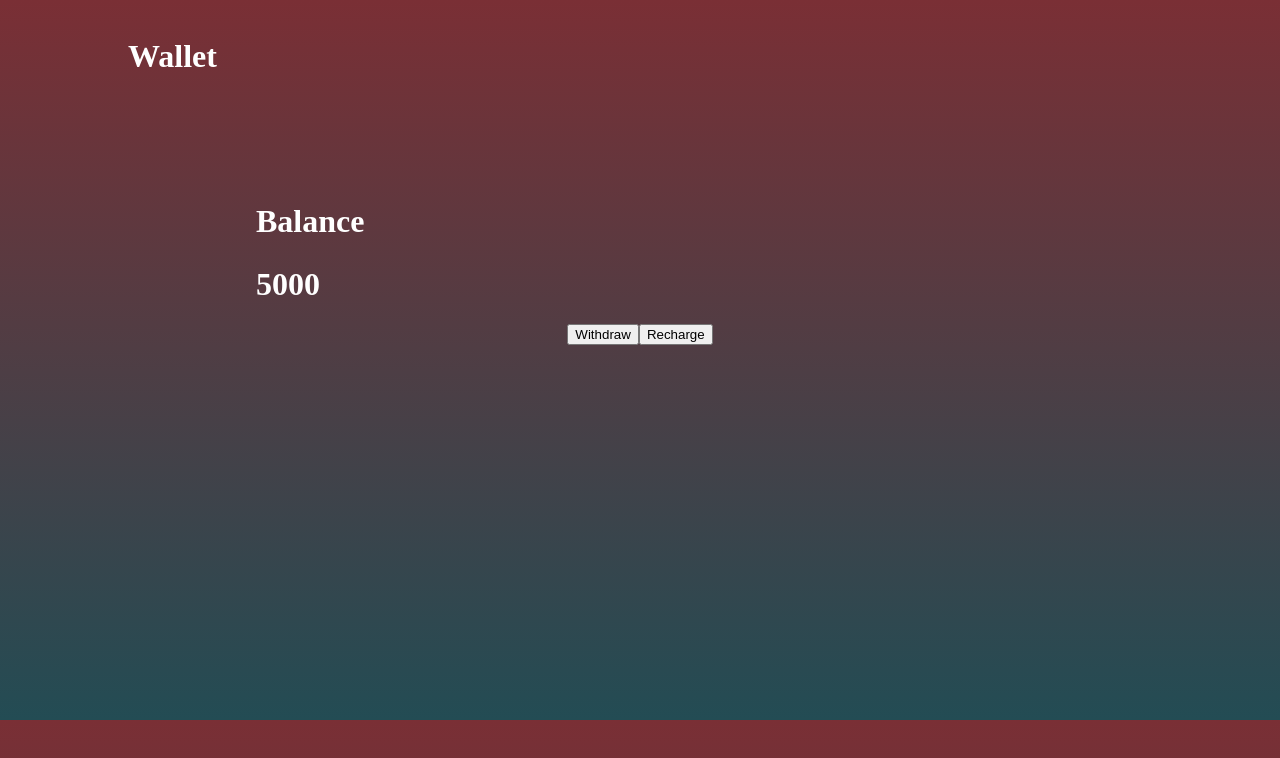
Repository: jagan607/N-Kalari
Page: /
The author's editor kept a copy of each file at every save. The page is drawn from the files as they stood at one save, then again after the next save.
The browser window is 1280 px wide. The pictures show the whole page.
The project was rebuilt for these pictures with package versions that can differ from the ones it lists, and the page was loaded fresh each time. Also part of the build but not shown: src/App.css, src/helpers/firebase.js, src/components/Login/Login.js.

Above is the page before, as saved 2022-01-07 17:20:42.

### src/index.css
body,
html,
.App,
#root,
.main {
  width: 100%;
  height:100%;
  scroll-behavior: smooth;

}
body{
    margin: 0;
    padding: 0;
    text-align: center;
    background-image: linear-gradient(#7A2F35, #234C54);
  }

### src/App.js
import logo from './logo.svg';
import './App.css';
import React, { Component } from "react"
import Login from './components/Login/Login'
import Wallet from './components/wallet/Wallet'
import {history} from './helpers/history'
import {Router, Route, Routes } from "react-router-dom";


class App extends Component {
  constructor(props) {
    super(props);
  }

  render() {
    return(
      <div>
        {/* <Login></Login> */}

        <Wallet></Wallet>

          {/* <Route exact path="/">
          </Route> */}
          {/* <Route exact path="/wallet">
            <Wallet/>
          </Route> */}
     </div>
    );
}
}

export default App;

### src/components/wallet/Wallet.js
import React, { Component } from "react"
import styles from './index.css';

class Wallet extends Component{
    constructor(props){
        super(props);


    }

    render(){
        return(
            <div>
            <div className="balance">
            <h1 className="heading">Wallet</h1>
            <h1 className="balance-heading">Balance </h1>
            <h1 className="balance-value">5000</h1>
            </div>
            <div className="buttons">
                <button>Withdraw</button>
                <button>Recharge</button>

            </div>
            </div>

        )
    }
}
export default Wallet;

### src/components/wallet/index.css
.heading{
    color: white;
    text-align: left;
    margin-left: 10%;
    margin-top: 3%;
}

.balance-heading{
    color :white;
    text-align: left;
    margin-left: 20%;
    margin-top: 10%;
}

.balance-value{
    color :white;
    text-align: left;
    margin-left: 20%;
    margin-top: 2%;
}

Loaded but not shown: public/index.html (common file); src/index.js (common file); src/reportWebVitals.js (common file); src/helpers/history.js (common file)

After the next save:
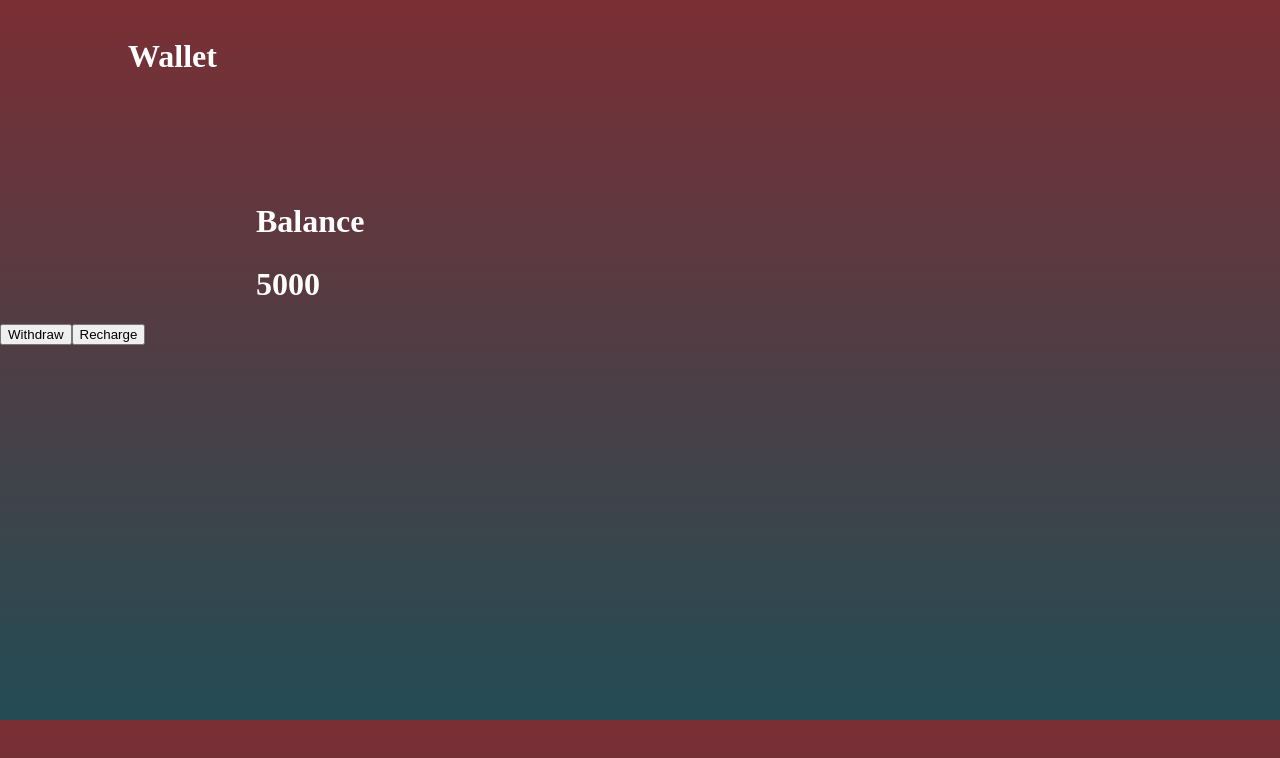
Saved 54 s later.
--- a/src/components/wallet/index.css
+++ b/src/components/wallet/index.css
@@ -18,3 +18,7 @@
     margin-left: 20%;
     margin-top: 2%;
 }
+
+.buttons{
+    float: left;
+}
